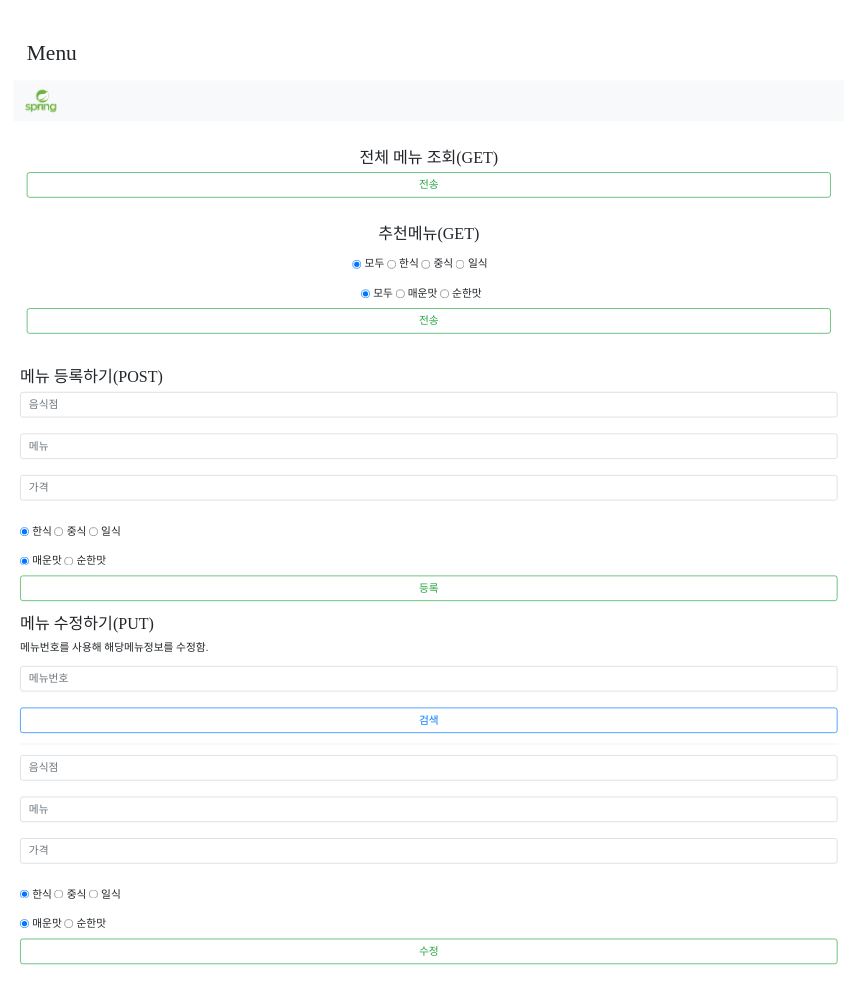
Repository: Push-Pull-House/DOT
Page: http://localhost/DOT/
An editor plug-in stored every save of this project. The page is shown before and after the next save, followed by the edit.
The browser window is 1280 px wide. The pictures show the whole page, at 67% of full size.
The page is served by Tomcat 9. Other server files are loaded and not shown.

Above is the page before, as saved 2023-08-18 05:23:14.

### DOT/src/main/webapp/index.jsp
<%@ page language="java" contentType="text/html; charset=UTF-8"
    pageEncoding="UTF-8"%>
<%@ taglib prefix="c" uri="http://java.sun.com/jsp/jstl/core"%>
<%@ taglib prefix="fmt" uri="http://java.sun.com/jsp/jstl/fmt"%>
<%@ taglib prefix="fn" uri="http://java.sun.com/jsp/jstl/functions"%>
<c:set var="contextPath" value="${pageContext.request.contextPath }"/>
<!DOCTYPE html>
<html>
<head>
<meta charset="UTF-8">
<title>Insert title here</title>
<script src="http://code.jquery.com/jquery-latest.min.js"></script>
<!-- bootstrap js: jquery load 이후에 작성할것.-->
<script src="https://cdnjs.cloudflare.com/ajax/libs/popper.js/1.14.3/umd/popper.min.js" integrity="sha384-ZMP7rVo3mIykV+2+9J3UJ46jBk0WLaUAdn689aCwoqbBJiSnjAK/l8WvCWPIPm49" crossorigin="anonymous"></script>
<script src="https://stackpath.bootstrapcdn.com/bootstrap/4.1.3/js/bootstrap.min.js" integrity="sha384-ChfqqxuZUCnJSK3+MXmPNIyE6ZbWh2IMqE241rYiqJxyMiZ6OW/JmZQ5stwEULTy" crossorigin="anonymous"></script>
<!-- bootstrap css -->
<link rel="stylesheet" href="https://stackpath.bootstrapcdn.com/bootstrap/4.1.0/css/bootstrap.min.css" integrity="sha384-9gVQ4dYFwwWSjIDZnLEWnxCjeSWFphJiwGPXr1jddIhOegiu1FwO5qRGvFXOdJZ4" crossorigin="anonymous">
<link rel="stylesheet" href="${pageContext.request.contextPath}/resources/css/style.css"/>
</head>
<body>
<div id="container">
	<header>
		<div id="header-container">
			<h2>Menu</h2>
		</div>
		<nav class="navbar navbar-expand-lg navbar-light bg-light">
			<a class="navbar-brand" href="#">
	            <img src="${pageContext.request.contextPath }/resources/images/logo-spring.png" alt="스프링로고" width="50px" />
         	</a>
           	<!-- 반응형으로 width 줄어들경우, collapse버튼관련 -->
         	<button class="navbar-toggler" type="button" data-toggle="collapse" data-target="#navbarNav" aria-controls="navbarNav" aria-expanded="false" aria-label="Toggle navigation">
           		<span class="navbar-toggler-icon"></span>
           	</button>
         	<div class="collapse navbar-collapse" id="navbarNav">
          	</div>
		</nav>
	</header>
	<!-- 전체메뉴 조회 -->
	<section id="content">
		<div id="menu-container" class="text-center">
			<div class="menu-test">
				<h4>전체 메뉴 조회(GET)</h4>
				<input type="button" class="btn btn-block btn-outline-success btn-send" id="btn-menus" value="전송"/>
			</div>
			<div class="result" id="menus-result">

			</div>
			 <!-- 2. GET /menus/kr  /menus/ch  /menus/jp -->
	         <div class="menu-test">
	            <h4>추천메뉴(GET)</h4>
	            <form id="menuRecommendationFrm">
	               <div class="form-check form-check-inline">
	                  <input type="radio" class="form-check-input" name="type" id="get-no-type" value="all" checked>
	                  <label for="get-no-type" class="form-check-label">모두</label>&nbsp;
	                  <input type="radio" class="form-check-input" name="type" id="get-kr" value="kr">
	                  <label for="get-kr" class="form-check-label">한식</label>&nbsp;
	                  <input type="radio" class="form-check-input" name="type" id="get-ch" value="ch">
	                  <label for="get-ch" class="form-check-label">중식</label>&nbsp;
	                  <input type="radio" class="form-check-input" name="type" id="get-jp" value="jp">
	                  <label for="get-jp" class="form-check-label">일식</label>&nbsp;
	               </div>
			        <script>
						function displayResultTable(id, data){
							const container = $('#'+id);

							let html = "<table class='table'>";
								html += "<tr><th>번호</th><th>음식점</th><th>메뉴</th><th>가격</th><th>타입</th><th>맛</th></tr>";

							if(data.length > 0) {
								$(data).each( (index, menu) => {
									const {id , restaurant, name, price, type, taste} = menu;
									html += `<tr>
												<td>\${id}</td>
												<td>\${restaurant}</td>
												<td>\${name}</td>
												<td>\${price}</td>
												<td>\${type}</td>
												<td><span class="badge badge-\${taste == 'hot' ? 'danger' : 'warning'}">\${taste}</span></td>
											</tr>`;
								})
							} else {
								html += "<tr><td colspan='6'>겁색된 결과가 없습니다</td></tr>";
							}

							html += "</table>";
							container.html(html);
						}

						$("#btn-menus").click(()=>{
							$.ajax({
								url : "${contextPath}/menus",
								method : "GET",
								success : (data) => {
									displayResultTable( "menus-result", data );
								}
							})
						})
					</script>
	               <br />
	               <div class="form-check form-check-inline">
	                  <input type="radio" class="form-check-input" name="taste" id="get-no-taste" value="all" checked>
	                  <label for="get-no-taste" class="form-check-label">모두</label>&nbsp;
	                  <input type="radio" class="form-check-input" name="taste" id="get-hot" value="hot">
	                  <label for="get-hot" class="form-check-label">매운맛</label>&nbsp;
	                  <input type="radio" class="form-check-input" name="taste" id="get-mild" value="mild">
	                  <label for="get-mild" class="form-check-label">순한맛</label>
	               </div>
	               <br />
	               <input type="submit" class="btn btn-block btn-outline-success btn-send" value="전송" >
	            </form>
	         </div>
	         <div class="result" id="menuRecommendation-result"></div>
			 <script>
			 	$("#menuRecommendationFrm").submit( e => {
			 		// 폼 제출 기능 방지
			 		e.preventDefault();

			 		const frm = $(e.target);
			 		const type = frm.find("[name=type]:checked").val();
			 		const taste = frm.find("[name=taste]:checked").val();

			 		$.ajax({
			 			url : `${contextPath}/menus/\${type}/\${taste}`,
			 			success(data){
			 				displayResultTable("menuRecommendation-result",data);
			 			}
			 		})
			 	});
			 </script>
		</div>
		<!-- 2.POST /menu -->
         <div class="menu-test">
            <h4>메뉴 등록하기(POST)</h4>
            <form id="menuEnrollFrm">
               <input type="text" name="restaurant" placeholder="음식점" class="form-control" />
               <br />
               <input type="text" name="name" placeholder="메뉴" class="form-control" />
               <br />
               <input type="number" name="price" placeholder="가격" class="form-control" />
               <br />
               <div class="form-check form-check-inline">
                  <input type="radio" class="form-check-input" name="type" id="post-kr" value="kr" checked>
                  <label for="post-kr" class="form-check-label">한식</label>&nbsp;
                  <input type="radio" class="form-check-input" name="type" id="post-ch" value="ch">
                  <label for="post-ch" class="form-check-label">중식</label>&nbsp;
                  <input type="radio" class="form-check-input" name="type" id="post-jp" value="jp">
                  <label for="post-jp" class="form-check-label">일식</label>&nbsp;
               </div>
               <br />
               <div class="form-check form-check-inline">
                  <input type="radio" class="form-check-input" name="taste" id="post-hot" value="hot" checked>
                  <label for="post-hot" class="form-check-label">매운맛</label>&nbsp;
                  <input type="radio" class="form-check-input" name="taste" id="post-mild" value="mild">
                  <label for="post-mild" class="form-check-label">순한맛</label>
               </div>
               <br />
               <input type="submit" class="btn btn-block btn-outline-success btn-send" value="등록" >
            </form>
         </div>
         <script>
	         $("#menuEnrollFrm").submit( e => {
			 		e.preventDefault();
					const frm = $(e.target);
					const restaurant = frm.find("[name=restaurant]").val();
					const name = frm.find("[name=name]").val();
					const price = frm.find("[name=price]").val();
					const type = frm.find("[name=type]").val();
					const taste = frm.find("[name=taste]").val();

					const menu = {
							restaurant,
							name,
							price,
							type,
							taste
					};

			 		$.ajax({
			 			url : '${contextPath}/menu',
			 			data : JSON.stringify(menu),
			 			contentType : "application/Json; charset=UTF-8",
			 			method : "post",
			 			success(data){
							const {msg} = data;
							alert(msg);
			 			},
			 			error : console.log ,
			 			complete(){
			 				e.target.reset(); // 폼내부의 모든 인풋태그 초기화
			 			}
			 		})
			 	});
         </script>

         <!-- #3.PUT /menu/123 -->
         <div class="menu-test">
            <h4>메뉴 수정하기(PUT)</h4>
            <p>메뉴번호를 사용해 해당메뉴정보를 수정함.</p>
            <form id="menuSearchFrm">
               <input type="text" name="id" placeholder="메뉴번호" class="form-control" /><br />
               <input type="submit" class="btn btn-block btn-outline-primary btn-send" value="검색" >
            </form>
            <hr />
            <form id="menuUpdateFrm">
               <input type="hidden" name="id" />
               <input type="text" name="restaurant" placeholder="음식점" class="form-control" />
               <br />
               <input type="text" name="name" placeholder="메뉴" class="form-control" />
               <br />
               <input type="number" name="price" placeholder="가격" step="1000" class="form-control" />
               <br />
               <div class="form-check form-check-inline">
                  <input type="radio" class="form-check-input" name="type" id="put-kr" value="kr" checked>
                  <label for="put-kr" class="form-check-label">한식</label>&nbsp;
                  <input type="radio" class="form-check-input" name="type" id="put-ch" value="ch">
                  <label for="put-ch" class="form-check-label">중식</label>&nbsp;
                  <input type="radio" class="form-check-input" name="type" id="put-jp" value="jp">
                  <label for="put-jp" class="form-check-label">일식</label>&nbsp;
               </div>
               <br />
               <div class="form-check form-check-inline">
                  <input type="radio" class="form-check-input" name="taste" id="put-hot" value="hot" checked>
                  <label for="put-hot" class="form-check-label">매운맛</label>&nbsp;
                  <input type="radio" class="form-check-input" name="taste" id="put-mild" value="mild">
                  <label for="put-mild" class="form-check-label">순한맛</label>
               </div>
               <br />
               <input type="submit" class="btn btn-block btn-outline-success btn-send" value="수정" >
            </form>
         </div>
         <script>
	    	  $("#menuSearchFrm").submit( e => {
					e.preventDefault();
					//const id = $(e.target).find("[name=id]").val();
					const id = $("[name=id]",e.target).val(); // e.target 하위의 요소
					if(!id){
						return;
					}else{
						$.ajax({
							url:`${contextPath}/menu/\${id}`,
							method:"GET",
							success(data){
								if(data){
									const frm = $("#menuUpdateFrm");
									const {id, restaurant, name, price, type, taste} = data;
									frm.find("[name=id]").val(id);
									frm.find("[name=restaurant]").val(restaurant);
									frm.find("[name=name]").val(name);
									frm.find("[name=price]").val(price);
									frm.find(`[name=type][value=\${type}]`).prop("checked",true);
									frm.find(`[name=taste][value=\${taste}]`).prop("checked",true);
								}else{
									alert("해당 메뉴가 존재하지 않습니다.");
									$("[name=id]",e.target).select();
								}
							},
							error(xhr, statusText, err){
								const {status} = xhr;
								status == 404 && alert("해당메뉴가 존재하지 않습니다.");
								$("[name=id]",e.target).select();
							}
						})
					}
			  }); // 검색

			  $("#menuUpdateFrm").submit( e=>{
				 e.preventDefault();
				 const frm = $(e.target);

				 // formData활용해서 객체 만들기
				 const frmData = new FormData(e.target);
				 const menu = {};

				 frmData.forEach((value,key) => {
					menu[key] = value;
				 });

				 $.ajax({
					 url : `${contextPath}/menu/\${menu.id}`,
					 method : "PUT",
					 data : JSON.stringify(menu),
					 contentType : "application/Json; charset=UTF-8",
					 success(data){
						 console.log(data);
						 const {msg} = data;
						 alert(msg);
					 },
					 error : console.log,
					 complete() {
						$("#menuUpdateFrm")[0].reset();
						$("#menuSearchFrm")[0].reset();
					 }
				 });
			  });
         </script>


	</section>
</div>
</body>
</html>

### DOT/src/main/webapp/resources/css/style.css
@charset "UTF-8";
body {font-family:"휴먼모음T";}
div, section, header, aside, footer {padding:10px;}

/********** 전체컨테이너 **********/
div#container   {}

/********** header **********/
header div#header-container {height:100px;}
header div#header-container h2    {margin:30px 10px 0px 10px;}


/********** content **********/
section#content      {min-height:600px;}


/********** footer **********/
footer   {background-color:#f8f9fa; background-clip:content-box; clear:both; height:95px; text-align:center;}
footer p    {margin-top:30px;}

After the next save:
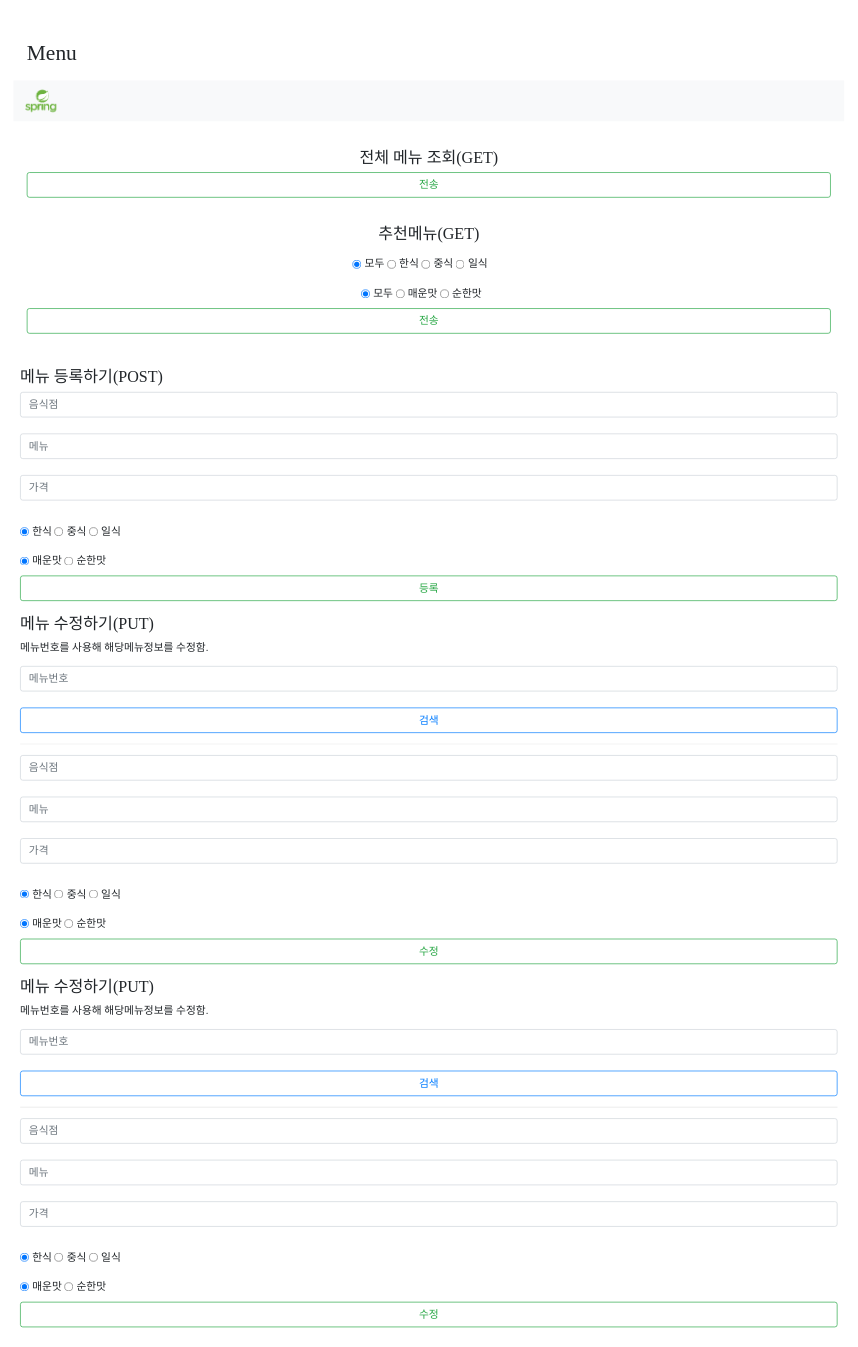
Saved 2 min 19 s later.
--- a/DOT/src/main/webapp/index.jsp
+++ b/DOT/src/main/webapp/index.jsp
@@ -293,7 +293,42 @@
 				 });
 			  });
          </script>
-
+         <!-- #4.Delete /menu/123 -->
+         <div class="menu-test">
+            <h4>메뉴 수정하기(PUT)</h4>
+            <p>메뉴번호를 사용해 해당메뉴정보를 수정함.</p>
+            <form id="menuSearchFrm">
+               <input type="text" name="id" placeholder="메뉴번호" class="form-control" /><br />
+               <input type="submit" class="btn btn-block btn-outline-primary btn-send" value="검색" >
+            </form>
+            <hr />
+            <form id="menuUpdateFrm">
+               <input type="hidden" name="id" />
+               <input type="text" name="restaurant" placeholder="음식점" class="form-control" />
+               <br />
+               <input type="text" name="name" placeholder="메뉴" class="form-control" />
+               <br />
+               <input type="number" name="price" placeholder="가격" step="1000" class="form-control" />
+               <br />
+               <div class="form-check form-check-inline">
+                  <input type="radio" class="form-check-input" name="type" id="put-kr" value="kr" checked>
+                  <label for="put-kr" class="form-check-label">한식</label>&nbsp;
+                  <input type="radio" class="form-check-input" name="type" id="put-ch" value="ch">
+                  <label for="put-ch" class="form-check-label">중식</label>&nbsp;
+                  <input type="radio" class="form-check-input" name="type" id="put-jp" value="jp">
+                  <label for="put-jp" class="form-check-label">일식</label>&nbsp;
+               </div>
+               <br />
+               <div class="form-check form-check-inline">
+                  <input type="radio" class="form-check-input" name="taste" id="put-hot" value="hot" checked>
+                  <label for="put-hot" class="form-check-label">매운맛</label>&nbsp;
+                  <input type="radio" class="form-check-input" name="taste" id="put-mild" value="mild">
+                  <label for="put-mild" class="form-check-label">순한맛</label>
+               </div>
+               <br />
+               <input type="submit" class="btn btn-block btn-outline-success btn-send" value="수정" >
+            </form>
+         </div>
 
 	</section>
 </div>
